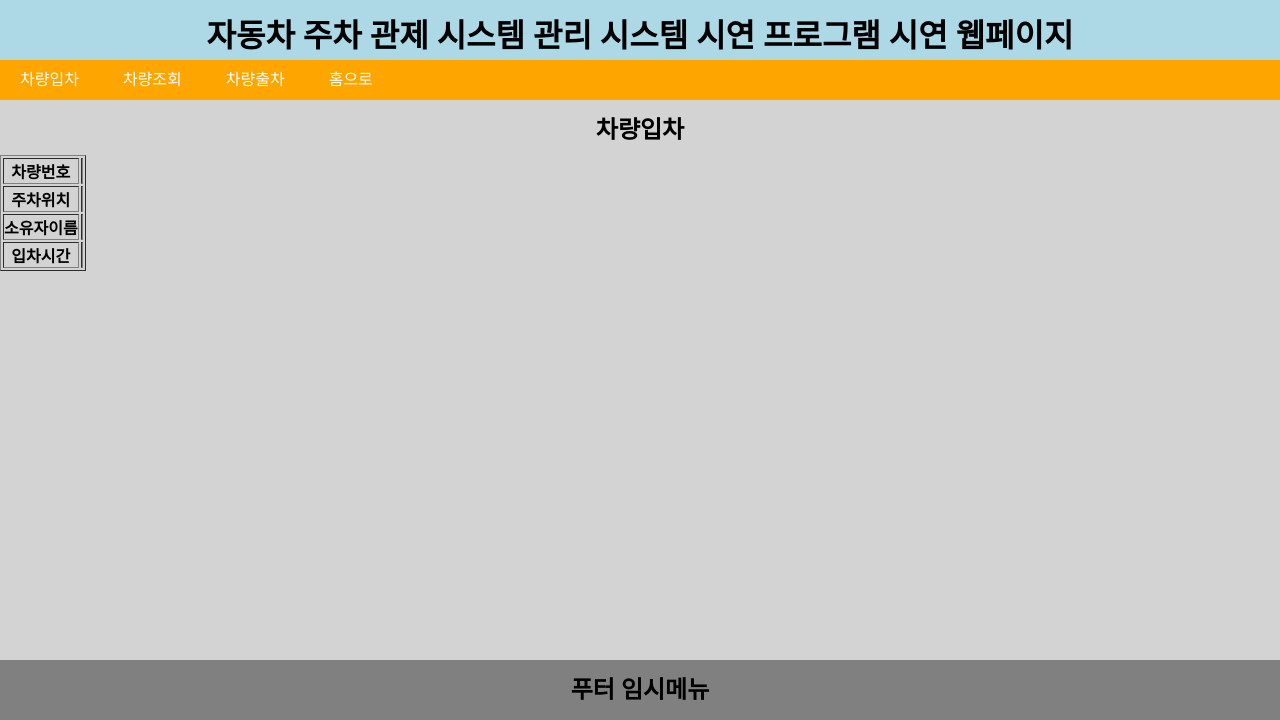
Repository: Ghraminal/mytest
Page: http://localhost/farking/insert.jsp
An editor plug-in stored every save of this project. The page is shown before and after the next save, followed by the edit.
The browser window is 1280 px wide. The pictures show the whole page.
The page is served by Tomcat 9.

Above is the page before, as saved 2025-08-19 00:36:04.

### farking/src/main/webapp/insert.jsp
<%@ page language="java" contentType="text/html; charset=UTF-8"
    pageEncoding="UTF-8"%>
<!DOCTYPE html>
<html>
<head>
<meta charset="UTF-8">
<title>Insert title here</title>
<style>
	*{
		margin: 0;
		padding: 0;
		list-style: none;
		text-decoration: none;
		box-sizing: border-box;
	}
	section{
		width: 100%;
		height: calc(100vh - 160px);
		background-color: lightgray;
	}
	h1{
		justify-content: center;
		text-align: center;
		padding: 10px;
	}
</style>
</head>
<body>
<jsp:include page="header.jsp"></jsp:include>
<jsp:include page="nav.jsp"></jsp:include>
<section>

<h1>차량입차</h1>

<form action="action.jsp" method="post" name="frm">
	<table border="1">
		<tr>
			<th>차량번호</th>
			<td></td>
		</tr>
		<tr>
			<th>주차위치</th>
			<td></td>
		</tr>
		<tr>
			<th>소유자이름</th>
			<td></td>
		</tr>
		<tr>
			<th>입차시간</th>
			<td></td>
		</tr>
	</table>
</form>

</section>
<jsp:include page="footer.jsp"></jsp:include>
</body>
</html>

### farking/src/main/webapp/header.jsp
<%@ page language="java" contentType="text/html; charset=UTF-8"
    pageEncoding="UTF-8"%>
<!DOCTYPE html>
<html>
<head>
<meta charset="UTF-8">
<title>Insert title here</title>
<style>
	*{
		margin: 0;
		padding: 0;
		list-style: none;
		text-decoration: none;
		box-sizing: border-box;
	}
	header{
		width: 100%;
		height: 60px;
		background-color: lightblue;
	}
	h1{
		justify-content: center;
		text-align: center;
		padding: 10px;
	}
</style>
</head>
<body>
<header>
	<h1>자동차 주차 관제 시스템 관리 시스템 시연 프로그램 시연 웹페이지</h1>
</header>

</body>
</html>

### farking/src/main/webapp/nav.jsp
<%@ page language="java" contentType="text/html; charset=UTF-8"
	pageEncoding="UTF-8"%>
<!DOCTYPE html>
<html>
<head>
<meta charset="UTF-8">
<title>nav</title>
<style>
nav {
	width: 100%;
	height: 40px;
	background-color: orange;
	line-height: 40px;
}

nav a {
	color: white;
	padding: 0 20px;
}
</style>
</head>
<body>
	<nav>
		<a href="insert.jsp">차량입차</a>
		<a href="list">차량조회</a>
		<a href="out.jsp">차량출차</a>
		<a href="index.jsp">홈으로</a>
	</nav>
</body>
</html>

### farking/src/main/webapp/footer.jsp
<%@ page language="java" contentType="text/html; charset=UTF-8"
    pageEncoding="UTF-8"%>
<!DOCTYPE html>
<html>
<head>
<meta charset="UTF-8">
<title>Insert title here</title>
<style>
	*{
		margin: 0;
		padding: 0;
		list-style: none;
		text-decoration: none;
		box-sizing: border-box;
	}
	footer{
		width: 100%;
		height: 60px;
		background-color: gray;
	}
	h2{
		justify-content: center;
		text-align: center;
		padding: 10px;
	}
</style>
</head>
<body>
<footer>
<h2>푸터 임시메뉴</h2>
</footer>

</body>
</html>

After the next save:
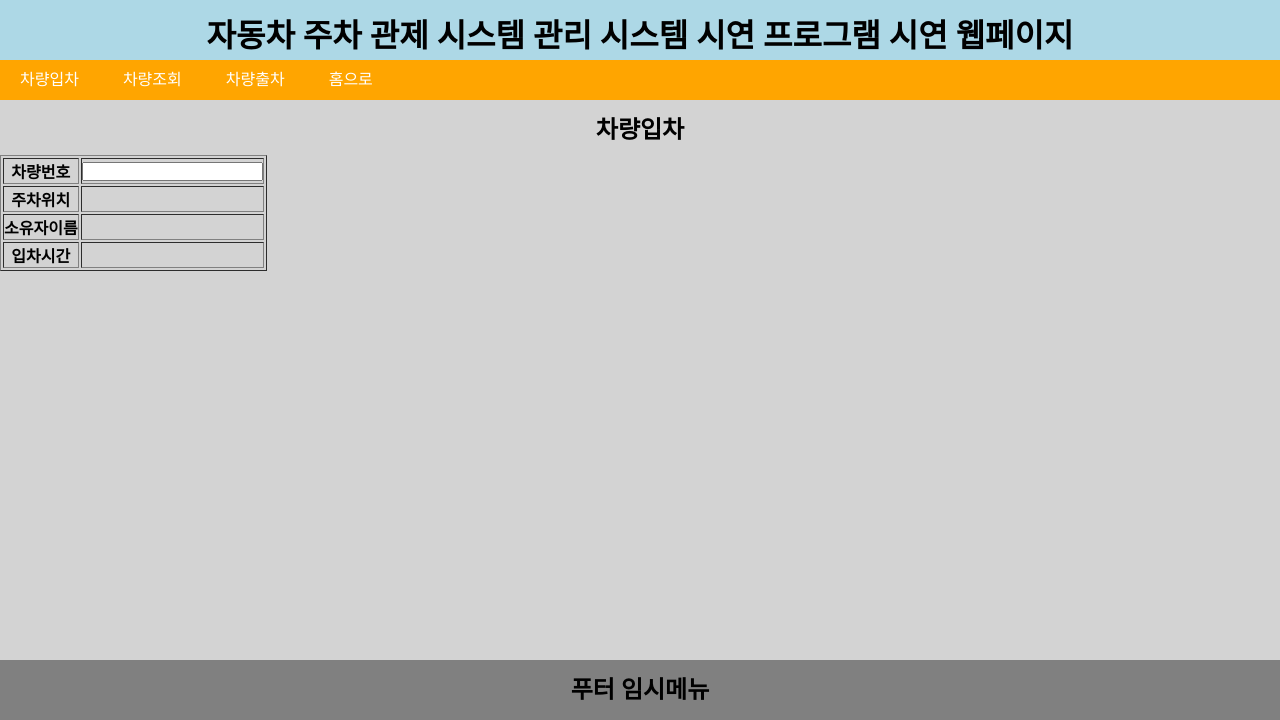
Saved 2 min 54 s later.
--- a/farking/src/main/webapp/insert.jsp
+++ b/farking/src/main/webapp/insert.jsp
@@ -36,7 +36,7 @@
 	<table border="1">
 		<tr>
 			<th>차량번호</th>
-			<td></td>
+			<td><input type="text"></td>
 		</tr>
 		<tr>
 			<th>주차위치</th>
